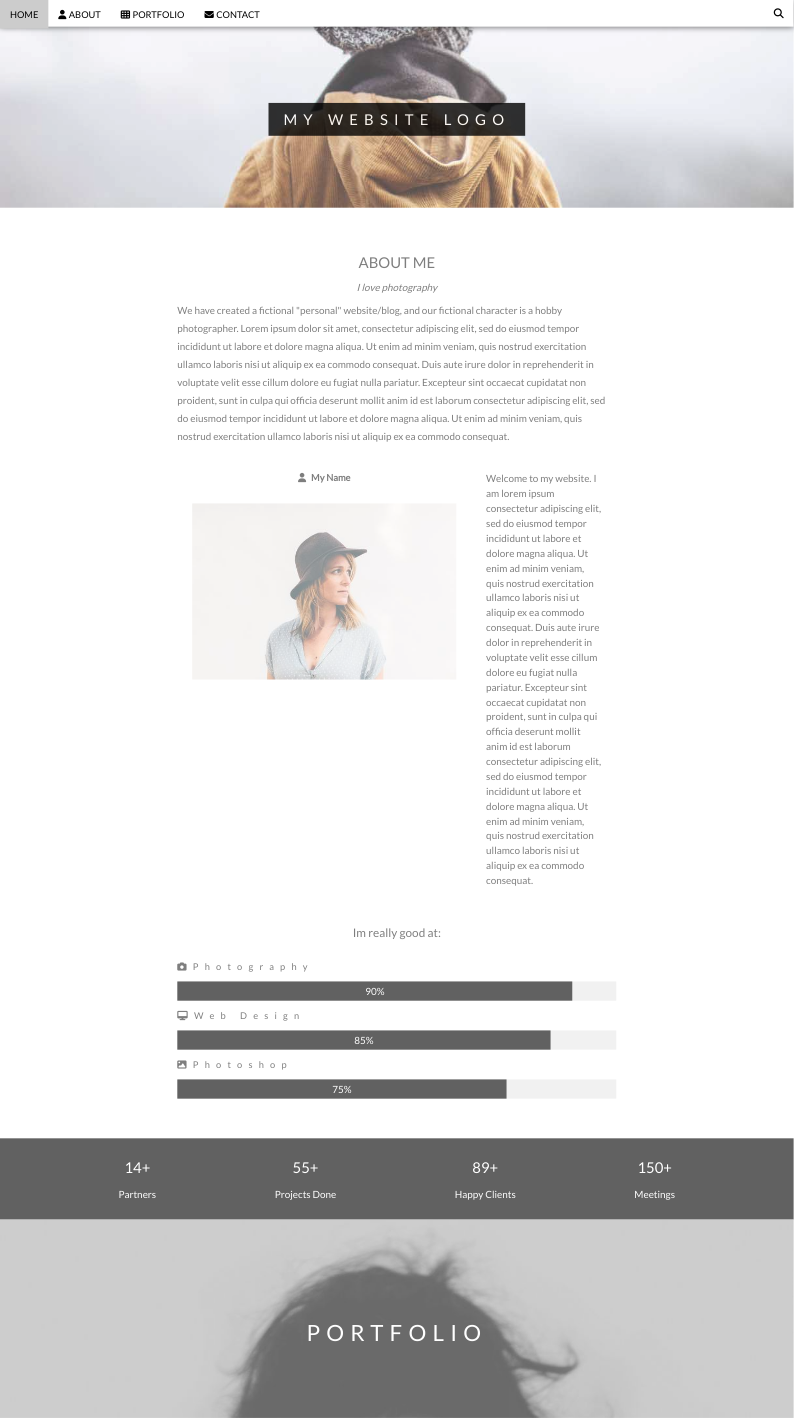
Repository: xd25vn/project-error
Page: index.html
The author's editor kept a copy of each file at every save. The page is drawn from the files as they stood at one save, then again after the next save.
The browser window is 1280 px wide. The pictures show the whole page, at 62% of full size.

Above is the page before, as saved 2023-09-02 21:06:29.

### index.html
<html lang="en">
<head>
    <meta charset="UTF-8">
    <meta name="viewport" content="width=device-width, initial-scale=1.0">
    <title>TEMPLATE PARALLAX</title>
    <link rel="stylesheet" href="./assets/base.css">
    <link rel="stylesheet" href="./assets/main.css">
    <link rel="stylesheet" href="https://fonts.googleapis.com/css?family=Lato">
    <link rel="stylesheet" href="./assets/font/fontawesome-free-6.4.0-web/fontawesome-free-6.4.0-web/css/all.min.css">
</head>
<body>
    <!--! HEADER -->
    <header>
        <!--? NAV -->
        <ul id="nav">
            <li><a href="#">Home</a></li>
            <li><a href="#"><i class="fa-solid fa-user"></i>About</a></li>
            <li><a href="#"><i class="fa fa-th"></i>Portfolio</a></li>
            <li><a href="#"><i class="fa-solid fa-envelope"></i>contact</a></li>
        </ul>
        <div class="nav-icon-search">
            <i class="fa-solid fa-magnifying-glass"></i>
        </div>
        <!--? NAV -->
    </header>
    <!--! HEADER -->
    <!--& SIDEBAR -->
    <div id="sidebar">
        <div class="sidebar-img-one"></div>
        <div class="sidebar-text-one">
            <span>MY WEBSITE LOGO</span>
        </div>
    </div>
    <!-- & SIDEBAR -->
    <div id="content">
        <div id="about">
            <h3 class="heading-section">ABOUT ME</h3>
            <p class="sub-heading-section">I love photography</p>
            <p class="about-section">We have created a fictional "personal" website/blog, and our fictional character is a hobby photographer. Lorem ipsum dolor sit amet, consectetur adipiscing elit, sed do eiusmod tempor incididunt ut labore et dolore magna aliqua. Ut enim ad minim veniam, quis nostrud exercitation ullamco laboris nisi ut aliquip ex ea commodo consequat. Duis aute irure dolor in reprehenderit in voluptate velit esse cillum dolore eu fugiat nulla pariatur. Excepteur sint occaecat cupidatat non proident, sunt in culpa qui officia deserunt mollit anim id est laborum consectetur adipiscing elit, sed do eiusmod tempor incididunt ut labore et dolore magna aliqua. Ut enim ad minim veniam, quis nostrud exercitation ullamco laboris nisi ut aliquip ex ea commodo consequat.</p>

            <div id="per-dec-one">
                <div class="per-img-one">
                    <div class="heading-per-one">
                        <b><i class="fa fa-user w3-margin-right"></i>My Name</b>
                    </div>
                    <br>
                    <div class="per-img">
                        <img src="./assets/image/per-dec-img/avatar_hat.jpg" alt="AVATER HAT">
                    </div>
                </div>

                <div class="per-text-one">
                    <p>Welcome to my website. I am lorem ipsum consectetur adipiscing elit, sed do eiusmod tempor incididunt ut labore et dolore magna aliqua. Ut enim ad minim veniam, quis nostrud exercitation ullamco laboris nisi ut aliquip ex ea commodo consequat. Duis aute irure dolor in reprehenderit in voluptate velit esse cillum dolore eu fugiat nulla pariatur. Excepteur sint occaecat cupidatat non proident, sunt in culpa qui officia deserunt mollit anim id est laborum consectetur adipiscing elit, sed do eiusmod tempor incididunt ut labore et dolore magna aliqua. Ut enim ad minim veniam, quis nostrud exercitation ullamco laboris nisi ut aliquip ex ea commodo consequat.</p>
                </div>
            </div>

            <div class="rate">
                <div class="rate-heading-one">
                        <p>Im really good at:</p>
                </div>
                <div class="wrapper-rate">
                    <div class="rate-section">
                        <div class="rate-section-text-one">
                            <p><i class="fa-solid fa-camera"></i>Photography</p>
                        </div>
                        <div class="rate-section-bg">
                            <div class="rate-section-sub-bg-one">
                                <p>90%</p>
                            </div>
                        </div>
                    </div>

                    <div class="rate-section">
                        <div class="rate-section-text-one">
                            <p><i class="fa-sharp fa-solid fa-desktop"></i>Web Design</p>
                        </div>
                        <div class="rate-section-bg">
                            <div class="rate-section-sub-bg-two">
                                <p>85%</p>
                            </div>
                        </div>
                    </div>

                    <div class="rate-section">
                        <div class="rate-section-text-one">
                            <p><i class="fa-solid fa-image"></i>Photoshop</p>
                        </div>
                        <div class="rate-section-bg">
                            <div class="rate-section-sub-bg-three">
                                <p>75%</p>
                            </div>
                        </div>
                    </div>
                </div>
            </div>
        </div>

        <div class="sum-number">
            <div class="value-section">
                <p class="heading-value">14+</p><br>
                <p>Partners</p>
            </div>

            <div class="value-section">
                <p class="heading-value">55+</p><br>
                <p>Projects Done</p>
            </div>

            <div class="value-section">
                <p class="heading-value">89+</p><br>
                <p>Happy Clients</p>
            </div>

            <div class="value-section">
                <p class="heading-value">150+</p><br>
                <p>Meetings</p>
            </div>
        </div>

        <div class="portfolio">
            <div class="heading-text">
                <p>PORTFOLIO</p>
            </div>
        </div>

        <div id="my-work">

        </div>

        <div id="contact">

        </div>

        <div id="map-work">

        </div>
    </div>

    <footer id="footer">

    </footer>
</body>
</html>

### assets/base.css
* {
    margin: 0;
    padding: 0;
    box-sizing: border-box;
}
body {
    background-color: #fff;
    font-family: "Lato", sans-serif;
}

### assets/main.css
header {
    height: 43px;
    width: 100%;
    background-color: #fff;
    box-shadow: 0 0 10px rgba(0, 0, 0, 0.6);
    position: fixed;
    z-index: 1;
}

header #nav {
    display: flex;
    list-style: none;
    align-items: center;
    position: relative;
}

header #nav li {
    padding: 14px 16px;
    display: block;
}

header #nav li i {
    padding-right: 4px;
}

header
#nav
li a {
    text-decoration: none;
    color: #000;
    font-size: 15px;
    text-transform: uppercase;
}

header
#nav
li:hover {
    background: #ccc;
    cursor: pointer;
}

header
.nav-icon-search
i {
    position: absolute;
    top: 0;
    right: 0;
    padding: 14px 16px;
    text-align: center;
}

header .nav-icon-search:hover i {
    background-color: #f44336 !important;
    color: #fff;
    display: block;
    cursor: pointer;
}

#sidebar .sidebar-img-one {
    background: url(../assets/image/sidebar1.jpg) center / cover no-repeat;
    padding-top: calc(27% - 10.18px);
    opacity: 0.7;
    position: relative;
}

#sidebar .sidebar-text-one {
    background-color: #000 !important;
    position: absolute;
    padding: 12px 24px;
    left: 50%;
    transform: translateX(-50%);
    top: 23%;
    opacity: 0.8;
}

#sidebar .sidebar-text-one span {
    color: #fff;
    font-size: 24px;
    letter-spacing: 10;
}

#content #about {
    margin: 0px 270px;
    padding: 64px 16px;
}

#content #about .heading-section {
    margin: 10px 0px;
    font-size: 24px;
    font-weight: 400;
    text-align: center;
    opacity: 0.5;
}

#content #about .sub-heading-section {
    margin: 15px 0px;
    font-style: italic;
    text-align: center;
    opacity: 0.5;
}

#content #about .about-section {
    margin: 15px 0px;
    line-height: 1.8;
    opacity: 0.5;
}

#content #per-dec-one {
    display: flex;
}

#content #per-dec-one .per-img-one {
    padding: 12px 24px;
    text-align: center;
}

#content #per-dec-one .per-img-one .heading-per-one {
    margin: 15px 0px;
    font-size: 15px;
    opacity: 0.5;
}

#content #per-dec-one .per-img-one .heading-per-one i {
    padding-right: 8px;
}

#content #per-dec-one .per-img {
    width: 100%;
}

#content #per-dec-one .per-img img {
    height:  284px;
    width: 426px;
    opacity: 0.5;
}

#content #per-dec-one .per-img-one .per-img img:hover {
    opacity: 1;
}

#content #per-dec-one .per-text-one {
    margin: 15px 0;
    padding: 12px 24px;
    opacity: 0.5;
}

#content #per-dec-one .per-text-one p {
    line-height: 1.5;
}

#content .rate .rate-heading-one {
    margin: 18px 0px;
    padding: 16px 0px;
    text-align: center;
}

#content .rate .rate-heading-one p {
    font-size: 19px;
    opacity: 0.5;
}

.rate .rate-section .rate-section-text-one {
    margin: 15px 0;
}

.rate .rate-section .rate-section-text-one p {
    letter-spacing: 10px;
    font-size: 15px;
    opacity: 0.5;
}

.rate .rate-section .rate-section-bg {
    background-color: #f1f1f1;
    width: 100%;
}

.rate .rate-section .rate-section-bg .rate-section-sub-bg-one {
    background-color: #616161;
    width: 90%;
    padding: 6px 8px;
    text-align: center;
}

.rate .rate-section .rate-section-bg .rate-section-sub-bg-two {
    background-color: #616161;
    width: 85%;
    padding: 6px 8px;
    text-align: center;
}

.rate .rate-section .rate-section-bg .rate-section-sub-bg-three {
    background-color: #616161;
    width: 75%;
    padding: 6px 8px;
    text-align: center;
}

.rate .rate-section .rate-section-bg p {
    color: #fff;
}

#content .sum-number {
    display: flex;
    justify-content: space-evenly;
    background-color: #616161;
    padding: 16px 0px;
    text-align: center;
}

#content .sum-number .value-section {
    color: #fff;
    margin: 16px 0px;
}

#content .sum-number .value-section .heading-value {
    font-size: 24px;
}

#content .portfolio {
    background: url(../assets/image/parallax2.jpg) center / cover no-repeat;
    padding-top: 25%;
    width: 100%;
    opacity: 0.8;
    position: relative;
}

#content .portfolio .heading-text {
    position: absolute;
    top: 50%;
    left: 50%;
    transform: translateY(-50%);
    transform: translateX(-50%);
}

#content .portfolio .heading-text p {
    color: #fff;
    font-size: 36px;
    letter-spacing: 10px;
}

#content #my-work {
    margin: 0px 270px;
}

Loaded but not shown: assets/font/fontawesome-free-6.4.0-web/fontawesome-free-6.4.0-web/css/all.min.css (library)

After the next save:
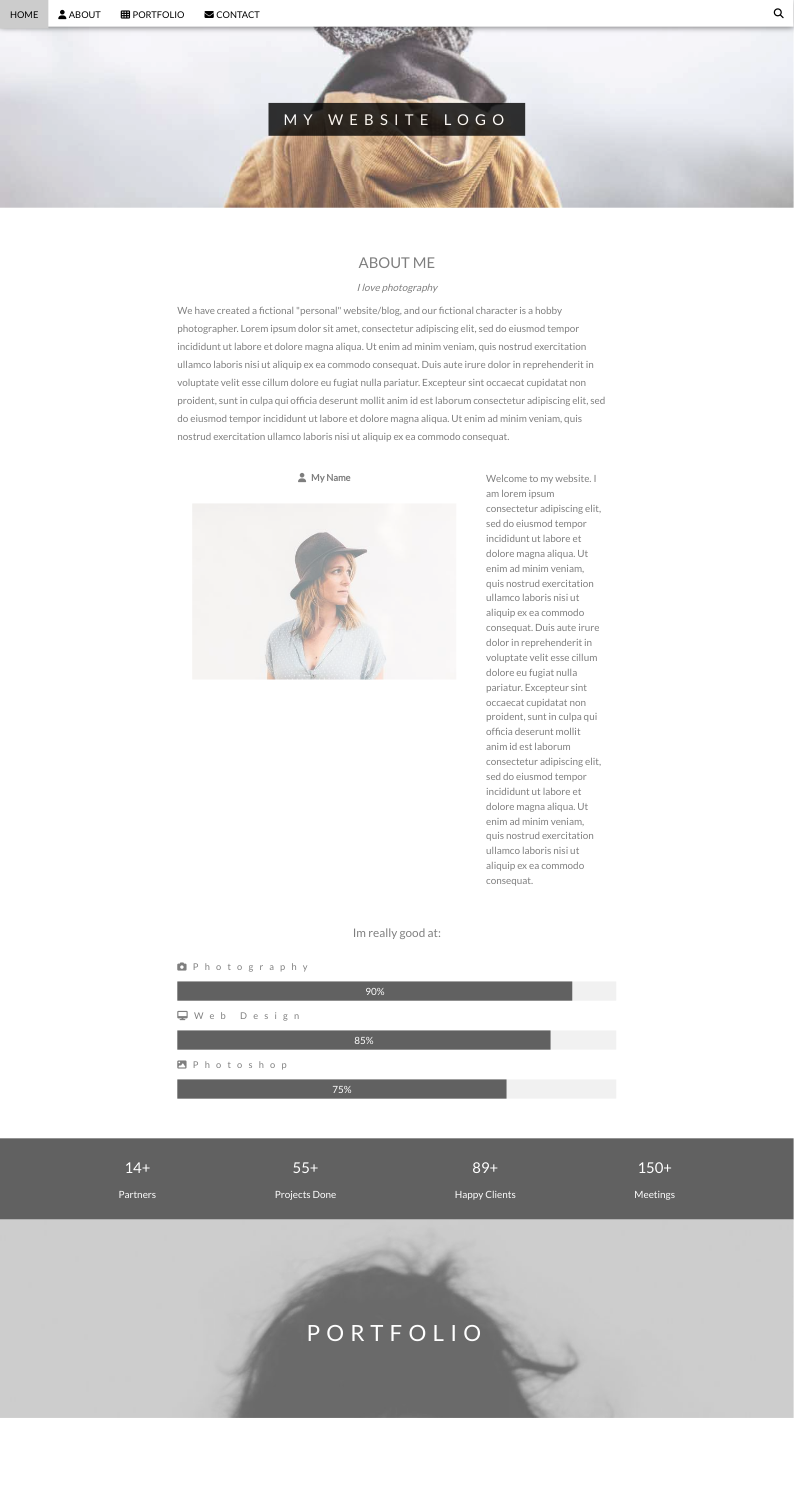
Saved 19 s later.
--- a/assets/main.css
+++ b/assets/main.css
@@ -240,4 +240,5 @@ header .nav-icon-search:hover i {
 
 #content #my-work {
     margin: 0px 270px;
-}
+    padding: 64px 16px;
+}
